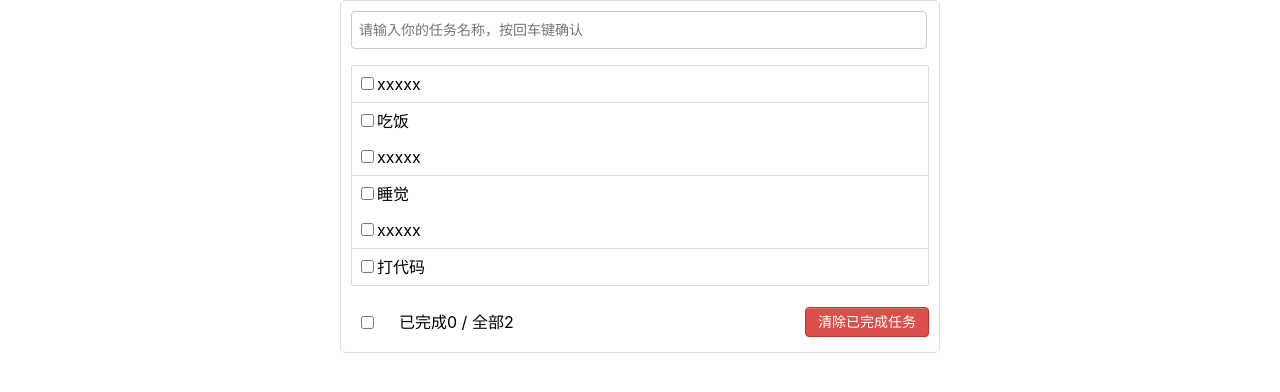
Repository: 0118Inory/react_bases
Page: /
An editor plug-in stored every save of this project. The page is shown before and after a run of saves, followed by the edit.
The browser window is 1280 px wide. The pictures show the whole page.
The project was rebuilt for these pictures with package versions that can differ from the ones it lists, and the page was loaded fresh each time.

Above is the page before, as saved 2022-03-01 11:05:08.

### public/index.html
<!DOCTYPE html>
<html lang="en">
  <head>
    <meta charset="utf-8" />
    <!--%PUBLIC_URL% 代表public的路径 -->
    <link rel="icon" href="%PUBLIC_URL%/favicon.ico" />
    <!-- 开启理想视口，用于移动端网页的适配 -->
    <meta name="viewport" content="width=device-width, initial-scale=1" />
    <!-- 用于配置浏览器页签+地址栏的颜色（仅支持安卓手机浏览器） -->
    <meta name="theme-color" content="#000000" />
    <meta
      name="description"
      content="Web site created using create-react-app"
    />
    <!-- 用于指定网页添加到手机主屏幕后的图标 -->
    <link rel="apple-touch-icon" href="%PUBLIC_URL%/logo192.png" />
    <!-- 应用加壳时的配置文件   可以封装称app  手机移动版 -->

    <link rel="manifest" href="%PUBLIC_URL%/manifest.json" />

    <title>React App</title>
  </head>
  <body>
    <noscript>You need to enable JavaScript to run this app.</noscript>
    <div id="root"></div>

  </body>
</html>

### src/App.js
import React, { Component } from "react";
import "./App.css";
import Header from './components/Header'
import List from './components/List'
import Footer from './components/Footer'

export default class App extends Component {
  // 初始化状态
  state={todos:[
    {id:'001',name:'吃饭',done:'true'},
    {id:'002',name:'睡觉',done:'true'},
    {id:'003',name:'打代码',done:'false'},
  ]}
  render() {
    const {todos} =this.state
    return (
      <div>
        <div className="todo-container">
          <div className="todo-wrap">
           <Header/>
           <List todos={todos}/>
            <Footer/>
          </div>
        </div>
      </div>
    );
  }
}

### src/App.css
.App {
  text-align: center;
}

.App-logo {
  height: 40vmin;
  pointer-events: none;
}

@media (prefers-reduced-motion: no-preference) {
  .App-logo {
    animation: App-logo-spin infinite 20s linear;
  }
}

.App-header {
  background-color: #282c34;
  min-height: 100vh;
  display: flex;
  flex-direction: column;
  align-items: center;
  justify-content: center;
  font-size: calc(10px + 2vmin);
  color: white;
}

.App-link {
  color: #61dafb;
}

@keyframes App-logo-spin {
  from {
    transform: rotate(0deg);
  }
  to {
    transform: rotate(360deg);
  }
}
/*base*/
body {
  background: #fff;
}

.btn {
  display: inline-block;
  padding: 4px 12px;
  margin-bottom: 0;
  font-size: 14px;
  line-height: 20px;
  text-align: center;
  vertical-align: middle;
  cursor: pointer;
  box-shadow: inset 0 1px 0 rgba(255, 255, 255, 0.2), 0 1px 2px rgba(0, 0, 0, 0.05);
  border-radius: 4px;
}

.btn-danger {
  color: #fff;
  background-color: #da4f49;
  border: 1px solid #bd362f;
}

.btn-danger:hover {
  color: #fff;
  background-color: #bd362f;
}

.btn:focus {
  outline: none;
}

.todo-container {
  width: 600px;
  margin: 0 auto;
}
.todo-container .todo-wrap {
  padding: 10px;
  border: 1px solid #ddd;
  border-radius: 5px;
}

### src/components/Header/index.jsx
import React, { Component } from 'react'
import './index.css'

export default class Header extends Component {
  render() {
    return (
     <div className="todo-header">
      <input
        type="text"
        placeholder="请输入你的任务名称，按回车键确认"
      />
    </div>
    )
  }
}

### src/components/List/index.jsx
import React, { Component } from 'react'
import './index.css'
import Item from '../Item'

export default class List extends Component {
  render() {
    const {todos}=this.props
    return (
      <ul className="todo-main">
        {
          todos.map((todo)=>{
            return (
              <Item key={todo.id} {...todo}/>
            )
          })
        }
    </ul>
    )
  }
}

### src/components/Footer/index.jsx
import React, { Component } from 'react'
import './index.css'

export default class Footer extends Component {
  render() {
    return (
        <div className="todo-footer">
        <label>
          <input type="checkbox" />
        </label>
        <span>
          <span>已完成0</span> / 全部2
        </span>
        <button className="btn btn-danger">清除已完成任务</button>
      </div>
    )
  }
}

### src/components/Item/index.jsx
import React, { Component } from 'react'
import './index.css'

export default class Item extends Component {

  render() {
    const{id,name,done}=this.props
    return (
      <div>  <li>
        <label>
          <input type="checkbox" />
          <span>xxxxx</span>
        </label>
        <button className="btn btn-danger" style={{ display: 'none' }}>
          删除
        </button>
      </li>
        <li>
          <label>
            <input type="checkbox" />
            <span>{name}</span>
          </label>
          <button className="btn btn-danger" style={{ display: 'none' }}>
            删除
          </button>
        </li></div>
    )
  }
}

### src/components/Footer/index.css

/*footer*/
.todo-footer {
    height: 40px;
    line-height: 40px;
    padding-left: 6px;
    margin-top: 5px;
  }

  .todo-footer label {
    display: inline-block;
    margin-right: 20px;
    cursor: pointer;
  }

  .todo-footer label input {
    position: relative;
    top: -1px;
    vertical-align: middle;
    margin-right: 5px;
  }

  .todo-footer button {
    float: right;
    margin-top: 5px;
  }

### src/components/Item/index.css

/*item*/
li {
    list-style: none;
    height: 36px;
    line-height: 36px;
    padding: 0 5px;
    border-bottom: 1px solid #ddd;
  }

  li label {
    float: left;
    cursor: pointer;
  }

  li label li input {
    vertical-align: middle;
    margin-right: 6px;
    position: relative;
    top: -1px;
  }

  li button {
    float: right;
    display: none;
    margin-top: 3px;
  }

  li:before {
    content: initial;
  }

  li:last-child {
    border-bottom: none;
  }

Loaded but not shown: src/index.js (common file); src/index.css (common file); src/reportWebVitals.js (common file); src/components/Header/index.css (common file); src/components/List/index.css (common file)

After the next 2 saves:
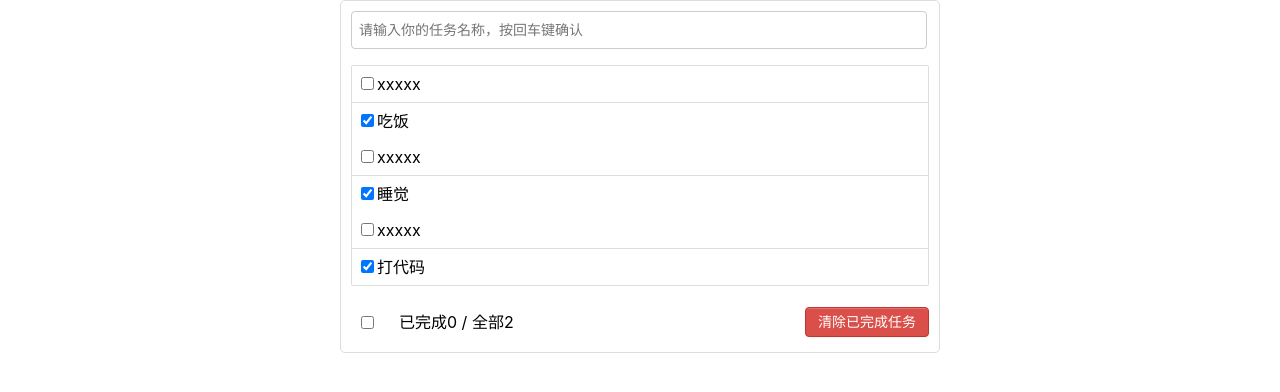
The 2 saves are shown as one change because 1 did not build or start.
The last was saved 74 s later.
--- a/src/components/Item/index.jsx
+++ b/src/components/Item/index.jsx
@@ -17,7 +17,7 @@ export default class Item extends Component {
       </li>
         <li>
           <label>
-            <input type="checkbox" />
+            <input type="checkbox" defaultChecked={done}/>
             <span>{name}</span>
           </label>
           <button className="btn btn-danger" style={{ display: 'none' }}>
